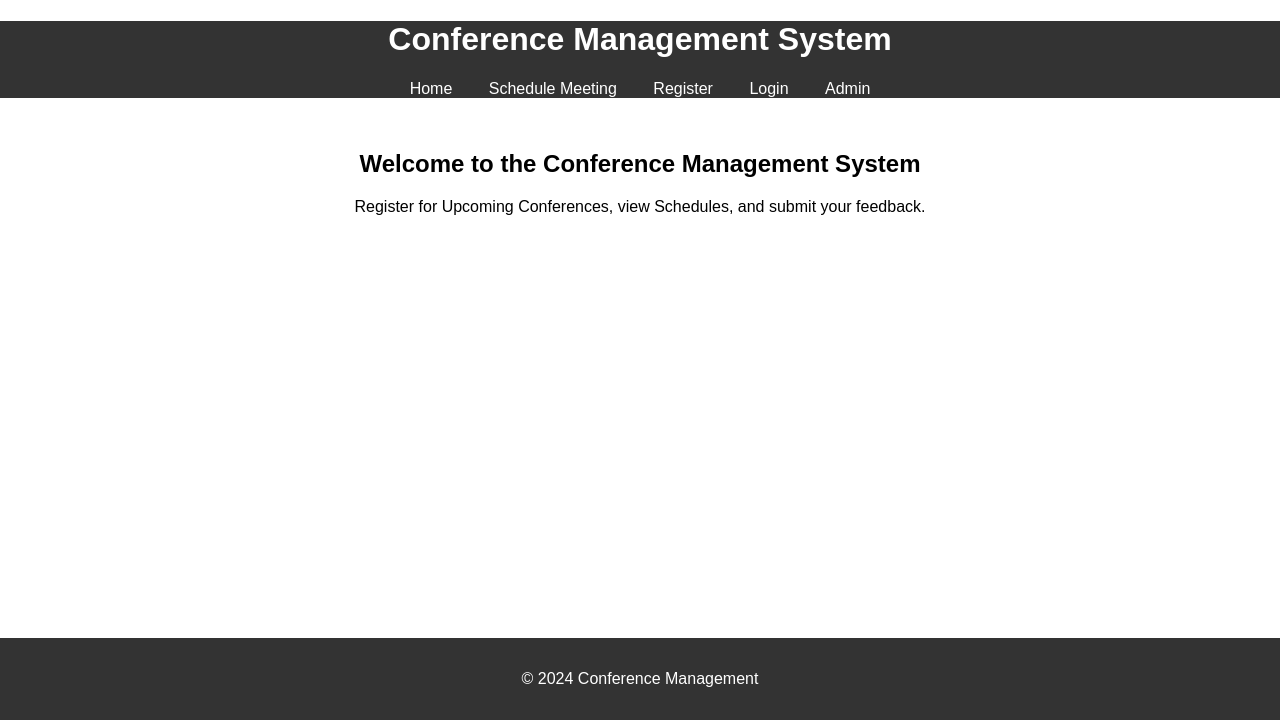
Repository: AMIT1439027/conferenceapp
Page: http://localhost/register.php
The author's editor kept a copy of each file at every save. The page is drawn from the files as they stood at one save, then again after a run of saves.
The browser window is 1280 px wide. The pictures show the whole page.
The page is run by PHP 8.4 with error messages shown; the project is at /var/www/html/.

Above is the page before, as saved 2024-05-29 11:24:29.

After the next 6 saves:
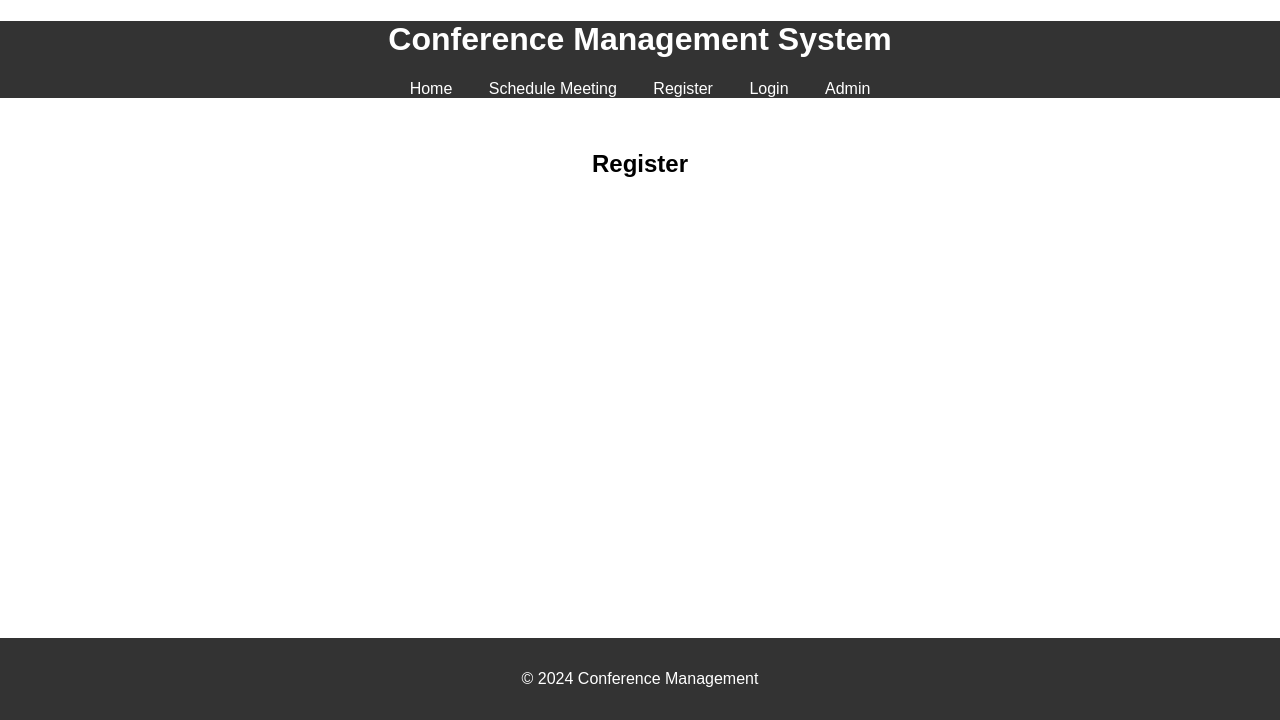
The 6 saves are shown as one change because they came seconds apart.
The last was saved 23 s later.
--- a/register.php
+++ b/register.php
@@ -38,8 +38,7 @@
 </header>
 
  <main>
-    <h2>Welcome to the Conference Management System</h2>
-    <p>Register for Upcoming Conferences, view Schedules, and  submit your feedback.</p>
+    <h2>Register</h2>
  </main>
 
  <footer>
